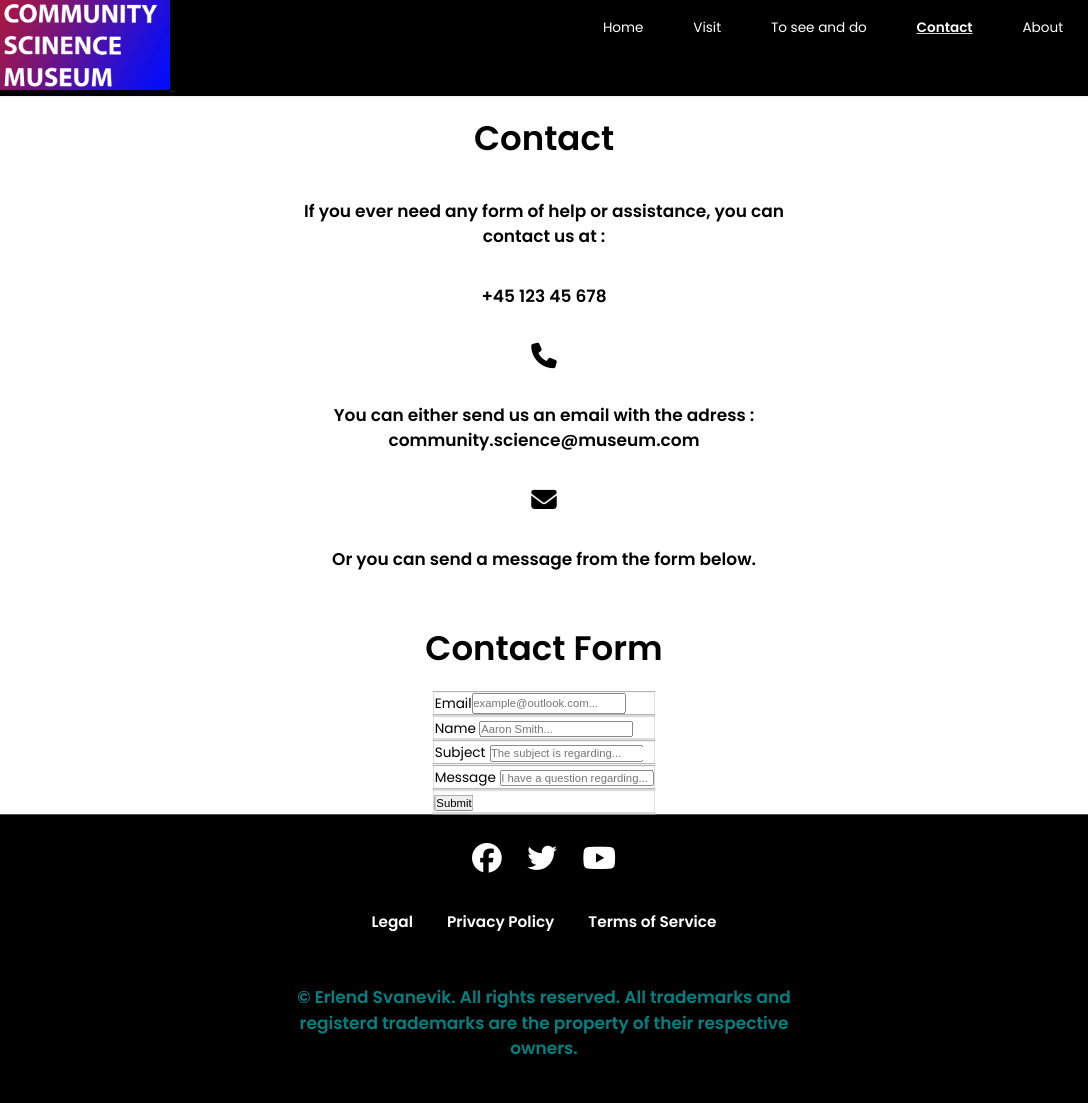
Repository: EpleWasTaken/Semester-Project
Page: contact.html
An editor plug-in stored every save of this project. The page is shown before and after the next save, followed by the edit.
The browser window is 1280 px wide. The pictures show the whole page, at 85% of full size.
Some web libraries are served in a nearby version.

Above is the page before, as saved 2020-12-11 22:09:29.

After the next save:
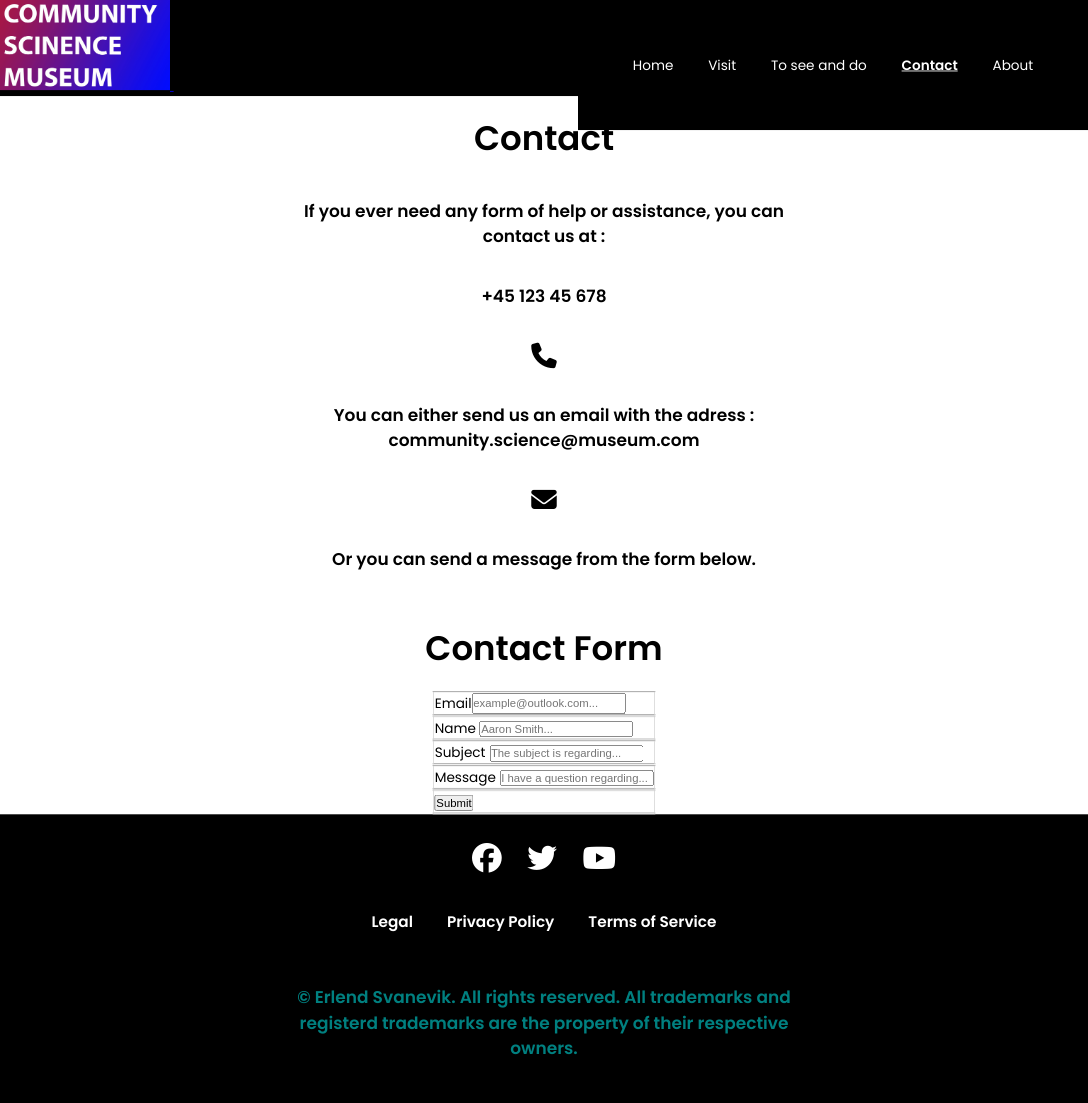
Saved 4 s later.
--- a/css/hamburger.css
+++ b/css/hamburger.css
@@ -104,6 +104,5 @@ nav a {
 		height: auto;
 		width: auto;
 		margin: auto;
-		padding: 0;
 	}
 }
